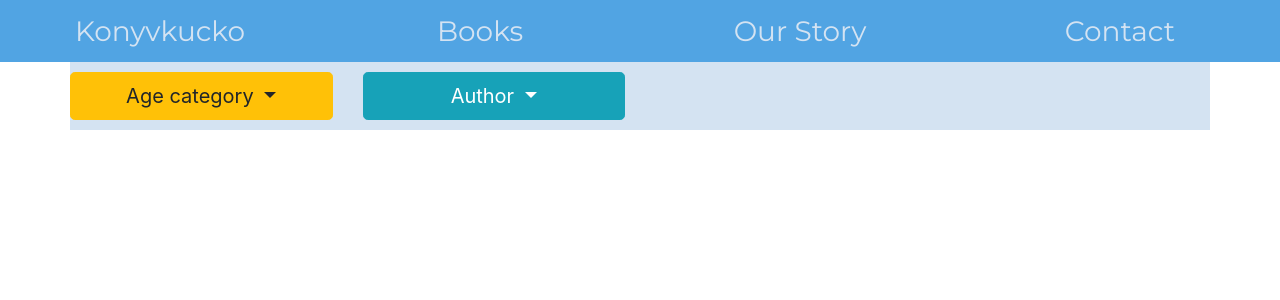
Repository: taikatta/Konyvkucko
Page: books.html
The author's editor kept a record of every edit. The page is drawn from the files as they stood at one moment, then again after the next edit.
The browser window is 1280 px wide. The pictures show the whole page.

Above is the page before.

### books.html
<!DOCTYPE html>
<html lang="en">

<head>
    <meta charset="UTF-8">
    <meta name="viewport" content="width=device-width, initial-scale=1.0">
    <meta http-equiv="X-UA-Compatible" content="ie=edge">
    <link rel="stylesheet" href="https://stackpath.bootstrapcdn.com/bootstrap/4.3.1/css/bootstrap.min.css" type="text/css" />
    <link rel="stylesheet" href="https://stackpath.bootstrapcdn.com/font-awesome/4.7.0/css/font-awesome.min.css" type="text/css" />
    <link rel="stylesheet" href="css/style.css" type="text/css" />
    <title>Dublini Magyar Könyvkuckó</title>
</head>

<body>
    <header>
        <div class="row no-gutters">
            <div class="col">
                <ul id="nav" class="list-inline menucontainer">
                    <li class="col-6 col-sm-3 list-inline-item menuitem">
                        <a href="index.html"><span>Konyvkucko</span></a>
                    </li>
                    <li class="col-6 col-sm-3 list-inline-item menuitem">
                        <a href="books.html"><span>Books</span></a>
                    </li>
                    <li class="col-6 col-sm-3 list-inline-item menuitem">
                        <a href="ourstory.html"><span>Our Story</span></a>
                    </li>
                    <li class="col-6 col-sm-3 list-inline-item menuitem">
                        <a href="contact.html"><span>Contact</span></a>
                    </li>
                </ul>
            </div>
        </div>
    </header>

    <section>




        <div class="container book-search">
            <div class="row">
                <div class="col-sm-6 col-md-3">

                    <div class="dropdown">
                        <button class="btn btn-secondary btn-lg btn-block btn-warning dropdown-toggle" type="button" id="dropdownMenuButton" data-toggle="dropdown" aria-haspopup="true" aria-expanded="false">
    Age category
  </button>
                        <div class="dropdown-menu" aria-labelledby="dropdownMenuButton">
                            <a class="dropdown-item" href="#">0 - 3 years old</a>
                            <a class="dropdown-item" href="#">Another action</a>
                            <a class="dropdown-item" href="#">Something else here</a>
                        </div>
                    </div>

                </div>
                <div class="col-sm-6 col-md-3">
                    <div class="dropdown">
                        <button class="btn btn-secondary btn-lg btn-block btn-info dropdown-toggle" type="button" id="dropdownMenuButton" data-toggle="dropdown" aria-haspopup="true" aria-expanded="false">
    Author
  </button>
                        <div class="dropdown-menu" aria-labelledby="dropdownMenuButton">
                            <a class="dropdown-item" href="#">Berg Judit</a>
                            <a class="dropdown-item" href="#">Varro Daniel</a>
                            <a class="dropdown-item" href="#">Agocs Irisz</a>
                        </div>
                    </div>

                </div>


            </div>

        </div>


    </section>
    <footer>
    </footer>

    <script src="https://code.jquery.com/jquery-3.3.1.slim.min.js" integrity="sha384-q8i/X+965DzO0rT7abK41JStQIAqVgRVzpbzo5smXKp4YfRvH+8abtTE1Pi6jizo" crossorigin="anonymous"></script>
    <script src="https://cdnjs.cloudflare.com/ajax/libs/popper.js/1.14.7/umd/popper.min.js" integrity="sha384-UO2eT0CpHqdSJQ6hJty5KVphtPhzWj9WO1clHTMGa3JDZwrnQq4sF86dIHNDz0W1" crossorigin="anonymous"></script>
    <script src="https://stackpath.bootstrapcdn.com/bootstrap/4.3.1/js/bootstrap.min.js" integrity="sha384-JjSmVgyd0p3pXB1rRibZUAYoIIy6OrQ6VrjIEaFf/nJGzIxFDsf4x0xIM+B07jRM" crossorigin="anonymous"></script>
</body>

</html>

### css/style.css
@import url('https://fonts.googleapis.com/css?family=Montserrat&display=swap:100, 200, 300, 400, 500, 600, 700');

/*--------------------------------------------Colors*/



/*--------------------------------------------Heading*/

header, footer {
    margin: 0;
    background-color: #51a4e3; /* #1d7fcf; */

}

footer > div{
    font-family: "Montserrat", sans-serif;
    font-weight: 100;
    font-size: 20px;
    text-align: center;
    color: #d4e3f2;
}


.list-inline-item:not(:last-child) {
    margin: 0;
}

.menucontainer {
    font-size: 0;
    min-height: 60px;
}

.menuitem a {
    width: 100%;
    text-decoration: none;
}

#nav li {
    font-family: "Montserrat", sans-serif;
    font-weight: 200;
    font-size: 28px;
    margin-top: 10px;
    margin-bottom: 10px;
    text-align: center;

}

#nav span {
    color: #d4e3f2;
}

.brand {
    color: #d4e3f2;
    font-family: "Montserrat", sans-serif;
    font-weight: 200;
    font-size: 28px;
    margin-top: 10px;
    margin-bottom: 10px;
    text-align: center;
}

#nav {
    margin: 0;
}


.page-title h1 {
    padding-top: 10px;
    text-align: center;
}

.container {
    padding: 10px 0;
    background-color: #d4e3f2;

}

/*
.container:not(:last-child) {
    margin-right: 10px;

}
*/

#button1, #button2, #button3, #button4 {
    margin-top: 10px;
    margin-bottom: 10px;
}


.callout-container {
    height: 100vh;
    background: url("../images/deansgrange1.jpg") no-repeat bottom right fixed;
    -webkit-background-size: cover;
    -moz-background-size: cover;
    -o-background-size: cover;
    background-size: cover;
    display: flex;
    align-items: center;
    justify-content:center;
    position: relative;
}

.introduction {
    color: black; /*#d4e3f2; */
    text-align: center;
    height: 560px;
}


/*

.logo {
    background: url("../images/logo.jpg");
    background-position: center;
    background-repeat: no-repeat;
    background-size: 75%;
    min-height: 60px;
    background-color: #1d7fcf;
}

*/

/*
.heading {
    margin-left: 50px;
}

*/

/*

.page-title {
    font-family: "Montserrat", sans-serif;
    font-weight: 200;
    font-size: 28px;
    color: #0f68b7;
    background-color: #8bc4ec;
    min-height: 60px;
    width: auto;
    text-transform: uppercase;
    letter-spacing: 2px;
    margin: 0;
}
*/

After the next edit:
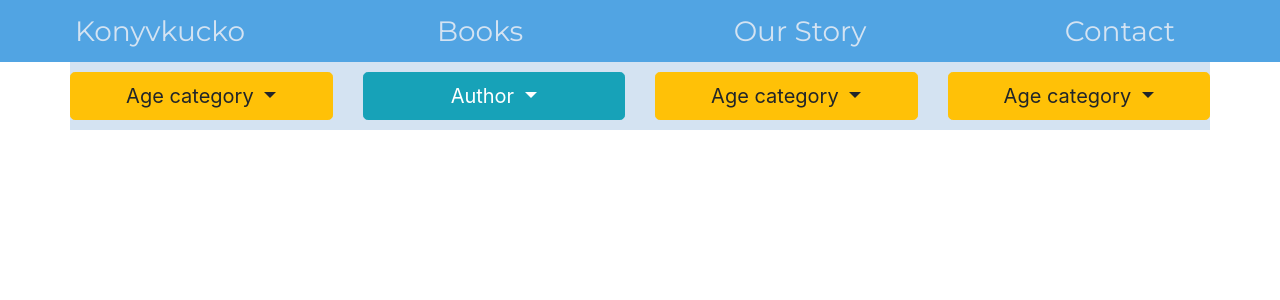
The edit:
--- a/books.html
+++ b/books.html
@@ -67,6 +67,34 @@
                     </div>
 
                 </div>
+                <div class="col-sm-6 col-md-3">
+
+                    <div class="dropdown">
+                        <button class="btn btn-secondary btn-lg btn-block btn-warning dropdown-toggle" type="button" id="dropdownMenuButton" data-toggle="dropdown" aria-haspopup="true" aria-expanded="false">
+    Age category
+  </button>
+                        <div class="dropdown-menu" aria-labelledby="dropdownMenuButton">
+                            <a class="dropdown-item" href="#">0 - 3 years old</a>
+                            <a class="dropdown-item" href="#">Another action</a>
+                            <a class="dropdown-item" href="#">Something else here</a>
+                        </div>
+                    </div>
+
+                </div>
+                <div class="col-sm-6 col-md-3">
+
+                    <div class="dropdown">
+                        <button class="btn btn-secondary btn-lg btn-block btn-warning dropdown-toggle" type="button" id="dropdownMenuButton" data-toggle="dropdown" aria-haspopup="true" aria-expanded="false">
+    Age category
+  </button>
+                        <div class="dropdown-menu" aria-labelledby="dropdownMenuButton">
+                            <a class="dropdown-item" href="#">0 - 3 years old</a>
+                            <a class="dropdown-item" href="#">Another action</a>
+                            <a class="dropdown-item" href="#">Something else here</a>
+                        </div>
+                    </div>
+
+                </div>
 
 
             </div>
